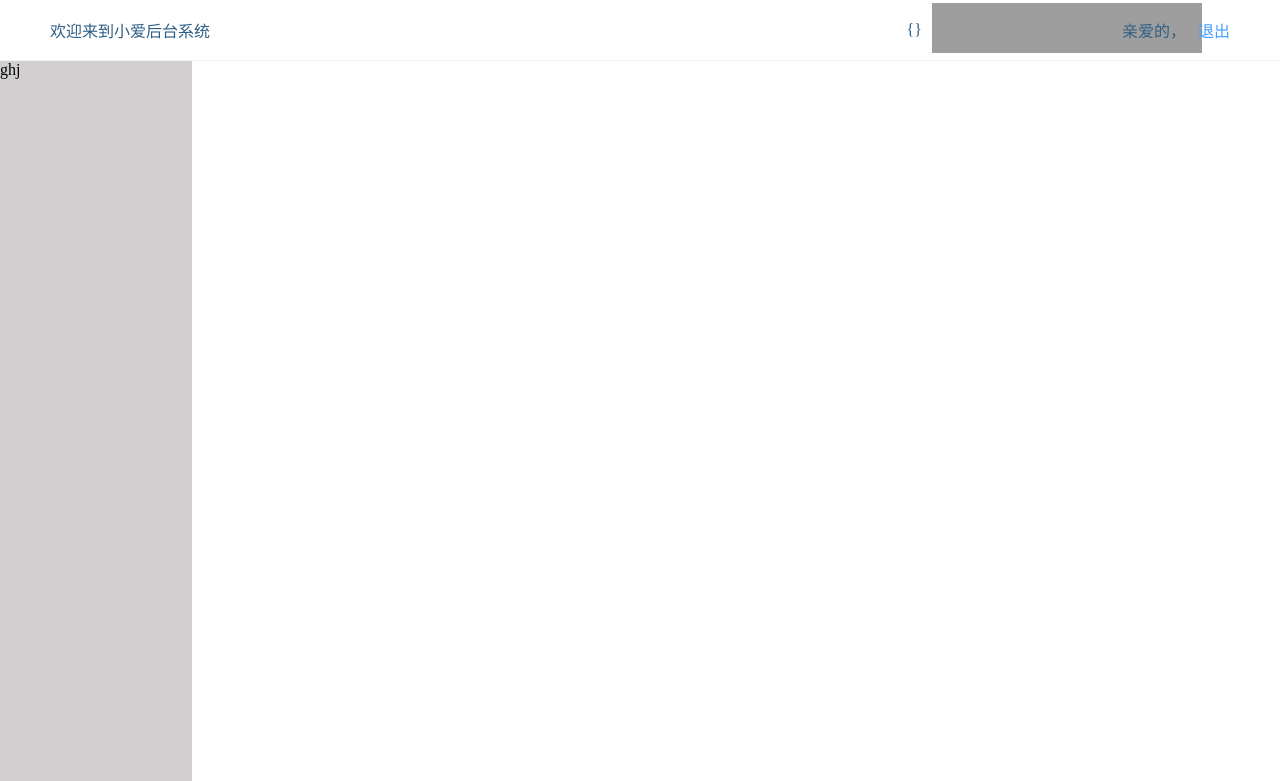
Repository: ZHANG-0714/backstage
Page: /
These files come from the project's save history. The page is drawn as it stood at one moment and after the next save; the edit follows.
The browser window is 1280 px wide. The pictures show the whole page.
Pictures or frames that could not be fetched are drawn as grey boxes. The project was rebuilt for these pictures with package versions that can differ from the ones it lists, and the page was loaded fresh each time. Also part of the build but not shown: vue.config.js, src/views/Home.vue.

Above is the page before, as saved 2020-08-31 18:06:50.

### public/index.html
<!DOCTYPE html>
<html lang="en">

<head>
  <meta charset="utf-8">
  <meta http-equiv="X-UA-Compatible" content="IE=edge">
  <meta name="viewport" content="width=device-width,initial-scale=1.0">
  <link rel="icon" href="<%= BASE_URL %>favicon.ico">
  <title><%= htmlWebpackPlugin.options.title %></title>
</head>

<body>
  <noscript>
    <strong>We're sorry but <%= htmlWebpackPlugin.options.title %> doesn't work properly without JavaScript enabled.
      Please enable it to continue.</strong>
  </noscript>
  <div id="app"></div>
  <!-- built files will be auto injected -->

  <!--[if lte IE 9]>
    <div style='position:absolute; top: 50%; left:50%; margin-top: -50px;margin-left: -400px; align-items: center;justify-content: center;'>
      <div style='width: 800px; height: 100px;text-align: center'>
        <h1>
        您的浏览器版本过低 请下载最新的谷歌浏览器
      </h1>
      <div style='text-align: center;width: 800px'>
        <a href='http://rj.baidu.com/soft/detail/14744.html?ald'>下载谷歌浏览器点此链接</a>
      </div>
      </div>
    </div>
  <![endif]-->
</body>

</html>

### src/App.vue
<template>
  <div id="app">
    <router-view />
  </div>
</template>

<style lang="scss">
@import "../style/Css";
@import '../style/Situation'
</style>

### src/router/index.js
import Vue from 'vue'
import VueRouter from 'vue-router'
import Home from '../views/Home.vue'
import Public from '../views/Public.vue'

Vue.use(VueRouter)

const routes = [
  {
    path: '/home',
    redirect: '/'
  },
  {
    path: '/',
    component: Public,
    children: [
      {
        path: '',
        name: 'Home',
        component: Home,  //首页
        meta: {
          title: "首页"
        }
      },
    ]
  }
]

const router = new VueRouter({
  mode: 'history',
  base: process.env.BASE_URL,
  routes
})

export default router

### src/store/index.js
import Vue from 'vue'
import Vuex from 'vuex'
import user from './user/user'

Vue.use(Vuex)

export default new Vuex.Store({
  state: {
  },
  mutations: {
  },
  actions: {
  },
  modules: {
    user
  }
})

### style/Css.css
* {
	margin: 0;
	padding: 0;
}

.flex {
	display: flex;
}

.justify-content {
	justify-content: center;
}

.align-items {
	align-items: center;
}

.space-around {
	justify-content: space-around;
}

.space-between {
	justify-content: space-between;
}

.flex-direction {
	flex-direction: column;
}

.flex-end {
	align-items: flex-end;
}

.text-overflow {
	overflow: hidden;
	text-overflow: ellipsis;
	display: -webkit-box;
	-webkit-line-clamp: 1;
	-webkit-box-orient: vertical;
}

.opacity {
	opacity: 0.9;
}

.filter {
	filter: blur(30px);
	z-index: -1;
}

.flex-wrap {
	flex-wrap: wrap;
}

.position {
	position: fixed;
}

### style/Situation.scss
.el-card--header--img--doos {
    .el-card__header {
        border-bottom: 1px solid #535353;
    }

    .el-form-item__label {
        padding: 0;
    }
}

### src/views/Public.vue
<template>
  <!-- 公共 -->
  <div>
    <headTop></headTop>
    <sidebar></sidebar>
  </div>
</template>

<script>
import headTop from "../components/public/headTop"; //头部组件
import sidebar from "../components/public/Sidebar"; //侧边栏
export default {
  name: "",
  props: {},
  components: {
    headTop,
    sidebar,
  },
  data() {
    return {};
  },
  methods: {},
  mounted() {},
  watch: {},
  computed: {},
};
</script>

<style scoped lang='scss'>
</style>

### src/store/user/user.js
import api from '../../http/api'
import router from '../../router'
import { Message } from 'element-ui'

export default {
    // 开启命名空间 这个文件就是单独的一个vuex的模块
    namespaced: true,
    state: {
        menus: []
    },
    mutations: {
        seMenus(state, data) {
            state.menus = data
        }
    },
    actions: {
        //所有的请求都写在actions里面
        // actions 里面的方法可以传两个参数，第一个参数是整个store(vuex对象) 第二个参数是请求的参数
        async getMenus({ commit }) {
            let res = await api.getMenus()
            if (res.meta.status === 200) {
                // 提交mutation
                commit('setMenus', res.data)
            }
        },
        //登录
        async login({ commit }, { username, password }) {
            let res = await api.login({
                username,
                password
            })
            console.log(commit);
            console.log(res);
            if (res.meta.status === 200) {
                // 存储信息
                localStorage.setItem('adminToken', res.data.toke)
                localStorage.setItem('adminUser', JSON.stringify(res.data))
                // 跳转路由
                router.push('/')
                // 提示用户
                Message.success('登录成功')
            }
        }
    },
}

### src/components/public/headTop.vue
<template>
  <!-- 头部组件 -->
  <div class="top flex align-items space-between">
    <div class="name">欢迎来到小爱后台系统</div>
    <!-- 时间 -->
    <div class="flex align-items">
      <div class="time">{{time}}</div>
      <div class="time">{{hi}}{{date}}</div>
      <!-- 天气 -->
      <div class="iframes">
        <iframe
          class="m-l1"
          scrolling="no"
          src="https://tianqiapi.com/api.php?style=ty&skin=pitaya"
          frameborder="0"
          width="50"
          height="50"
          allowtransparency="true"
        ></iframe>
      </div>
      <!-- 用户 -->
      <div>亲爱的，{{user.username}}</div>
      <!-- 退出 -->
      <div class="quit">退出</div>
    </div>
  </div>
</template>

<script>
import dayjs from "dayjs";
export default {
  name: "",
  props: {},
  components: {},
  data() {
    return {
      time: "", //获取当前登录时间
      date: "",
      hi: {},
      user: {},
    };
  },
  methods: {},
  mounted() {
    //  获取当前登录时间
    this.time = dayjs().format("YYYY/MM/DD");

    let _this = this; // 声明一个变量指向Vue实例this，保证作用域一致
    this.timer = setInterval(() => {
      _this.date = dayjs().format("hh:mm:ss"); // 修改数据date
    }, 1000);

    //   判断时间段
    let hi = dayjs().format("HH");
    if (hi > 6 && hi <= 13) {
      this.hi = "早上";
    } else if (hi > 11 && hi <= 13) {
      this.hi = "中午";
    } else if (hi > 13 && hi <= 18) {
      this.hi = "下午";
    } else if (hi > 18 && hi <= 23) {
      this.hi = "晚上";
    } else {
      this.hi = "该睡觉了";
    }

    //登录获取的对象
    this.user = JSON.parse(localStorage.getItem("adminUser"));
    // console.log(this.user);
  },
  watch: {},
  computed: {},
};
</script>

<style scoped lang='scss'>
.top {
  height: 60px;
  padding: 0 50px;
  border-bottom: 1px solid #f0f2f5;
  color: #2e5e85;
}
.time {
  margin-right: 10px;
}
.iframes {
  width: 190px;
}
iframe {
  width: 270px;
  font-size: 30px;
}
.quit {
  color: #409eff;
  margin-left: 12px;
  &:hover {
    cursor: pointer;
  }
}
.weather-icon {
  width: 40px;
  height: 40px;
}
</style>

### src/components/public/Sidebar.vue
<template>
  <!-- 侧边栏 -->
  <div class="side">ghj</div>
</template>

<script>
export default {
  name: "",
  props: {},
  components: {},
  data() {
    return {};
  },
  methods: {},
  mounted() {},
  watch: {},
  computed: {},
};
</script>

<style scoped lang='scss'>
.side {
  width: 15vw;
  height: 100vh;
  background: rgb(209, 207, 207);
}
</style>

### src/http/api.js
import service from './index'

export default {
    login({ username, password }) {
        return service.post('/login', {
            username,
            password
        })
    }
}

### src/http/index.js
import axios from 'axios'
import nprogress from 'nprogress'
import { Message } from 'element-ui'

//运行环境：本地环境:devlpment 和线上（生产）环境：production
const ispro = process.env.NODE_ENV === 'production'

//创建一个axios的实例
const service = axios.create({
    //基础路径:需要根据当前的运行环境来判断
    baseURL: ispro ? '线上接口路径' : '/api',
    //超时时间
    timeout: 100000
})

// 请求拦截：每一次发请求都会做的事
service.interceptors.request.use((config) => {
    nprogress.start()
    //前后端鉴权
    //jwt：JSON WEB TOKEN
    //登录成功后 后端会返回一个令牌
    let token = localStorage.getItem('abminToken')
    if (token) {
        config.headers['Authorization'] = token
    }
    return config
}, err => {
    nprogress.done()
    return Promise.reject(err)
})

//响应拦截：每一次接口返回数据的时候都会做的事
service.interceptors.response.use((res) => {
    nprogress.done()
    return res.data
}, err => {
    if (err.response && err.response.status) {
        // 错误请求的状态码
        let status = err.response.status
        if (status === 400) {
            Message.error('参数错误')
        }
        if (status === 401) {
            Message.error('登录过期，请重新登录')
        }
        if (status === 403) {
            Message.error('没有权限')
        }
        if (status === 404) {
            Message.error('接口路径错误')
        }
        if (status === 500) {
            Message.error('服务器出错')
        }
        if (status === 503) {
            Message.error('服务器在维护')
        }
    }
    return Promise.reject(err)
}
)

export default service

Loaded but not shown: src/main.js (common file)

After the next save:
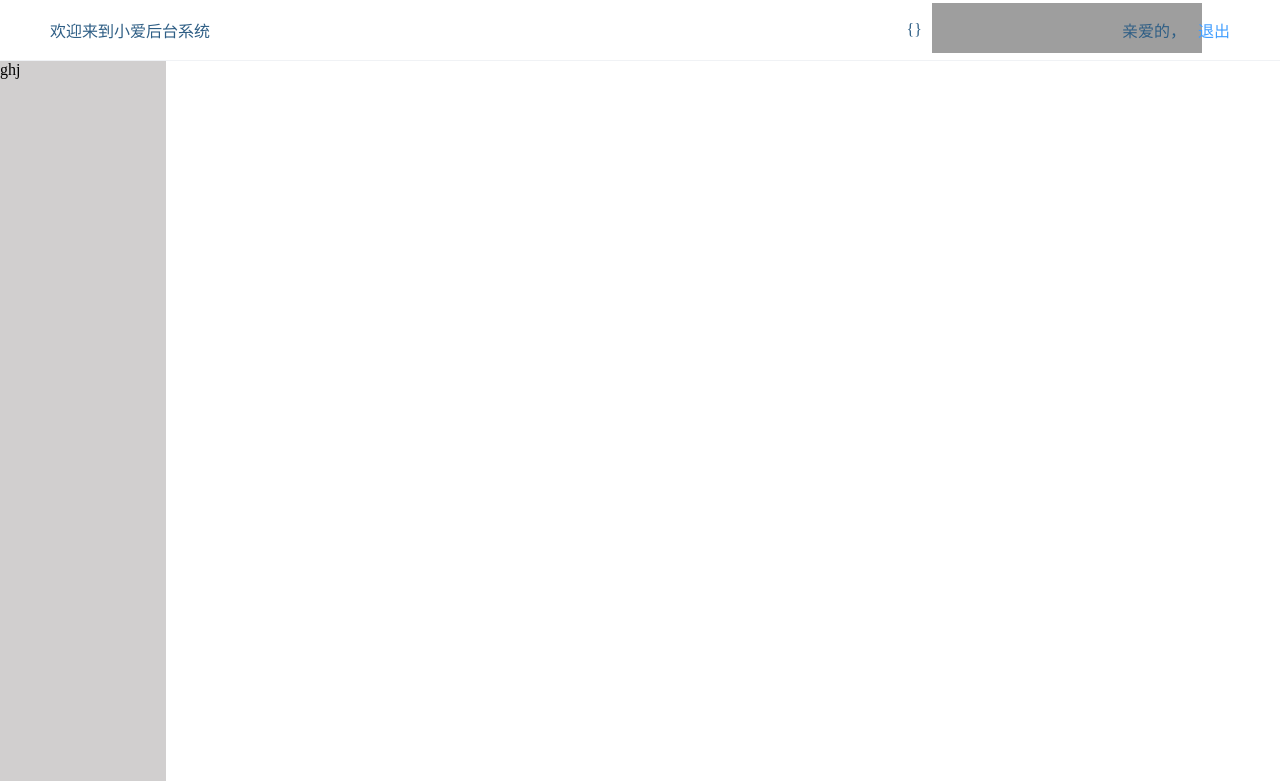
Saved 7 s later.
--- a/src/components/public/Sidebar.vue
+++ b/src/components/public/Sidebar.vue
@@ -20,7 +20,7 @@ export default {
 
 <style scoped lang='scss'>
 .side {
-  width: 15vw;
+  width: 13vw;
   height: 100vh;
   background: rgb(209, 207, 207);
 }
